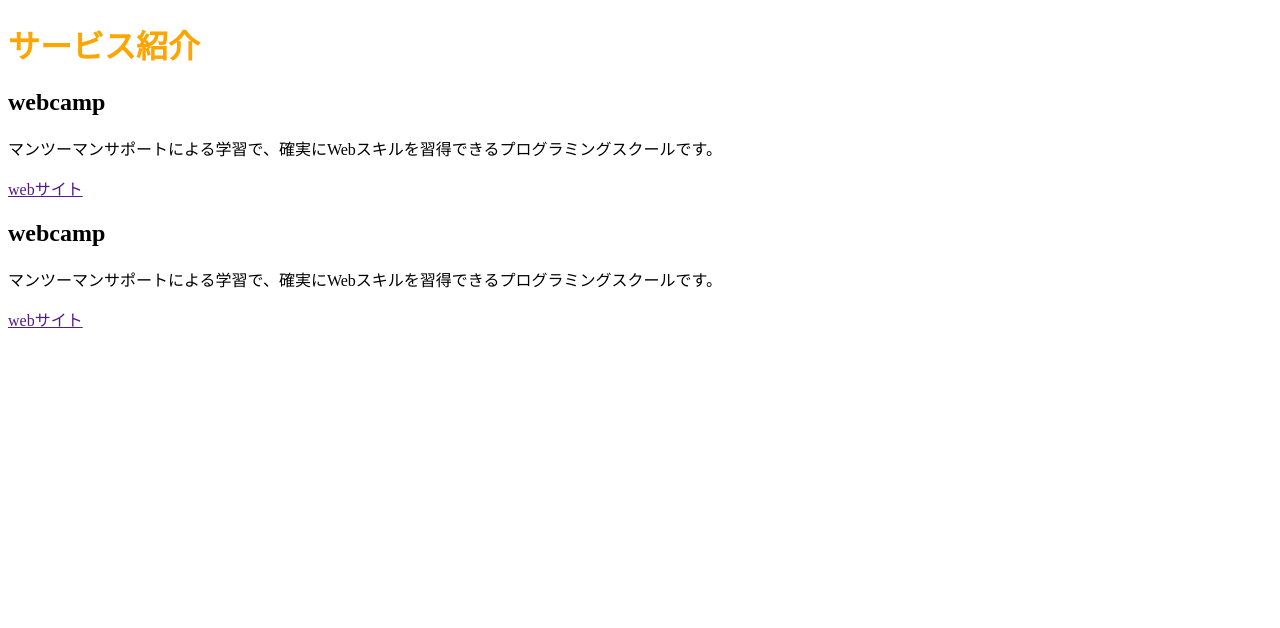
Repository: ryo32sun/Html-Practice
Page: sample/sample.html
The author's editor kept a record of every edit. The page is drawn from the files as they stood at one moment, then again after the next edit.
The browser window is 1280 px wide. The pictures show the whole page.

Above is the page before.

After the next edit:
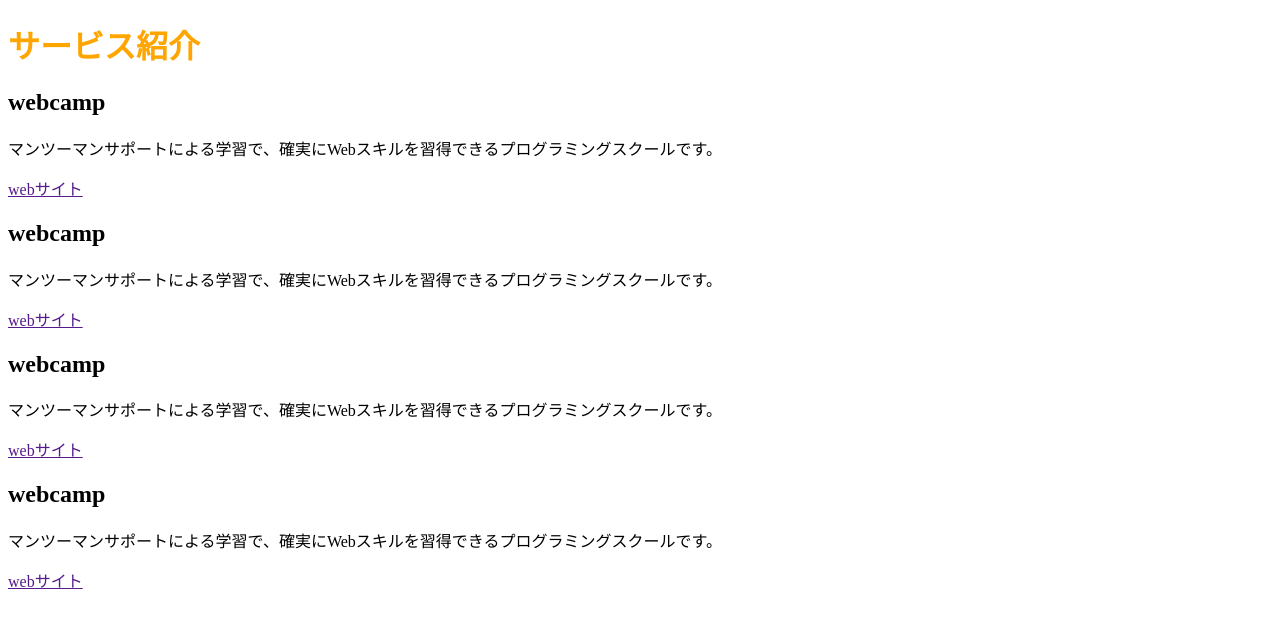
The edit:
--- a/sample/sample.html
+++ b/sample/sample.html
@@ -14,6 +14,12 @@
     <h2>webcamp</h2>
     <p>マンツーマンサポートによる学習で、確実にWebスキルを習得できるプログラミングスクールです。</p>
     <a href="">webサイト</a>
+    <h2>webcamp</h2>
+    <p>マンツーマンサポートによる学習で、確実にWebスキルを習得できるプログラミングスクールです。</p>
+    <a href="">webサイト</a>
+    <h2>webcamp</h2>
+    <p>マンツーマンサポートによる学習で、確実にWebスキルを習得できるプログラミングスクールです。</p>
+    <a href="">webサイト</a>
 
   </body>
 </html>
